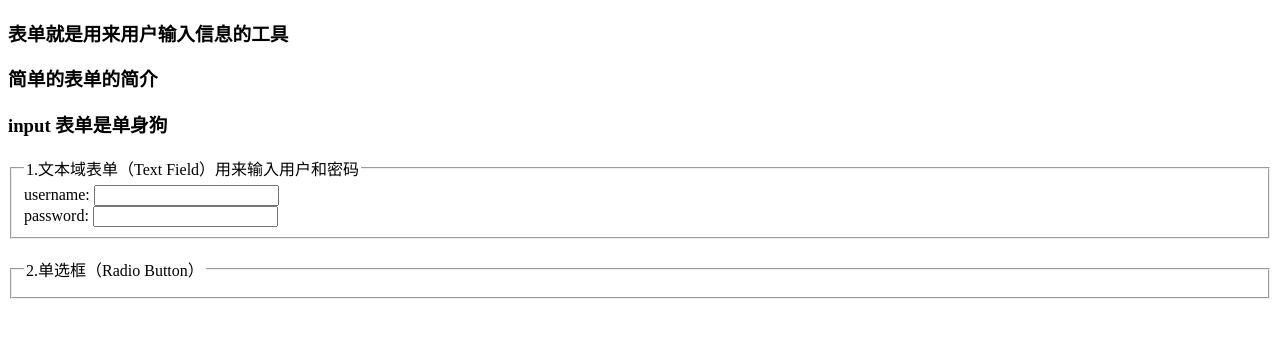
Repository: jarvanstack/vscode
Page: HTML/HTML中From表单.html
These files come from the project's save history. The page is drawn as it stood at one moment and after the next save; the edit follows.
The browser window is 1280 px wide. The pictures show the whole page.

Above is the page before, as saved 2020-06-11 09:44:58.

After the next save:
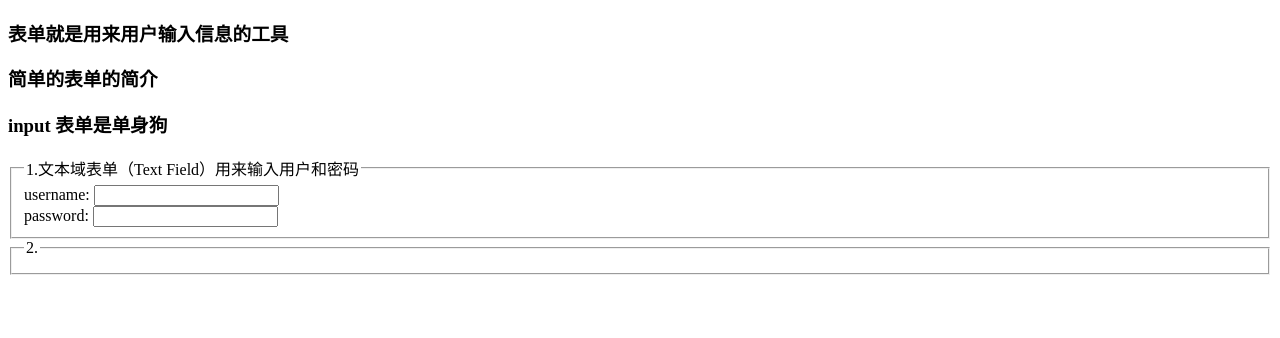
Saved 109 s later.
--- a/HTML/HTML中From表单.html
+++ b/HTML/HTML中From表单.html
@@ -1,28 +1,33 @@
 <!DOCTYPE html>
 <html lang="en">
+
 <head>
     <meta charset="UTF-8">
     <meta name="viewport" content="width=device-width, initial-scale=1.0">
     <title>HTML中From表单</title>
 </head>
+
 <body>
     <h3>表单就是用来用户输入信息的工具</h3>
     <h3>简单的表单的简介</h3>
     <h3>input 表单是单身狗</h3>
-    <fieldset>
-        <legend>1.文本域表单（Text Field）用来输入用户和密码</legend>
-        <span>
-            username: <input type="text" name="username">
-        </span>
-        <br>
-        <span>
-            password: <input type="password" name="password">
-        </span>
-    </fieldset>
-    <br>
-    <fieldset>
-        <legend>2.单选框（Radio Button）</legend>
+    <form action="post">
+        <fieldset>
+            <legend>1.文本域表单（Text Field）用来输入用户和密码</legend>
+            <span>
+                username: <input type="text" name="username">
+            </span>
+            <br>
+            <span>
+                password: <input type="password" name="password">
+            </span>
+        </fieldset>
+    </form>
+    <form action="post">
+        <fieldset>
+            <legend>2.</legend>
+        </fieldset>
+    </form>
+</body>
 
-    </fieldset>
-</body>
 </html>
